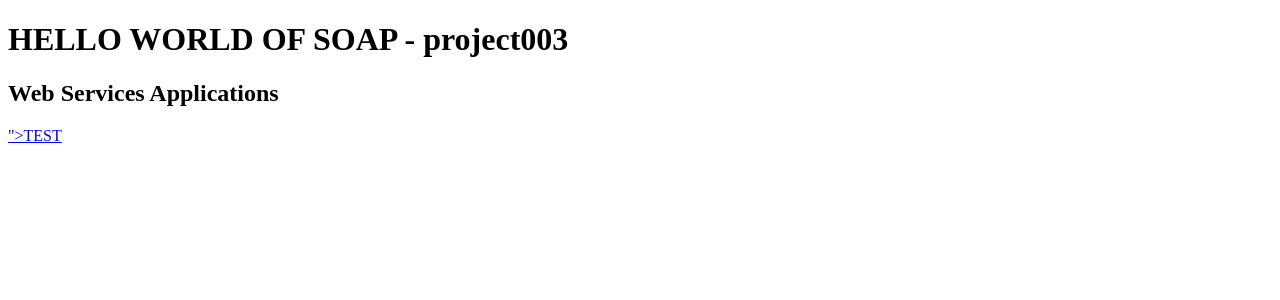
Repository: atafs/BackEnd_JAX-JAX-WS_SOAP
Page: http://localhost/Project_003_SOAP_server_ServiceAndContractFirst/
The author's editor kept a copy of each file at every save. The page is drawn from the files as they stood at one save, then again after the next save.
The browser window is 1280 px wide. The pictures show the whole page.
The page is served by Tomcat 9. Other server files are loaded and not shown.

Above is the page before, as saved 2016-01-26 10:48:56.

### Project_003_SOAP_server_ServiceAndContractFirst/WebContent/index.jsp
<%@ page language="java" contentType="text/html; charset=ISO-8859-1"
    pageEncoding="ISO-8859-1"%>
<!DOCTYPE html PUBLIC "-//W3C//DTD HTML 4.01 Transitional//EN" "http://www.w3.org/TR/html4/loose.dtd">
<html>
<head>
<meta http-equiv="Content-Type" content="text/html; charset=ISO-8859-1">
<title>TEST_MART SERVICE</title>
</head>
<body>
	<h1>HELLO WORLD OF SOAP - project003</h1>
	<h2>Web Services Applications</h2>

	<a href="<c:url value="/jsp/index.htm"/>">TEST</a>

</body>
</html>

After the next save:
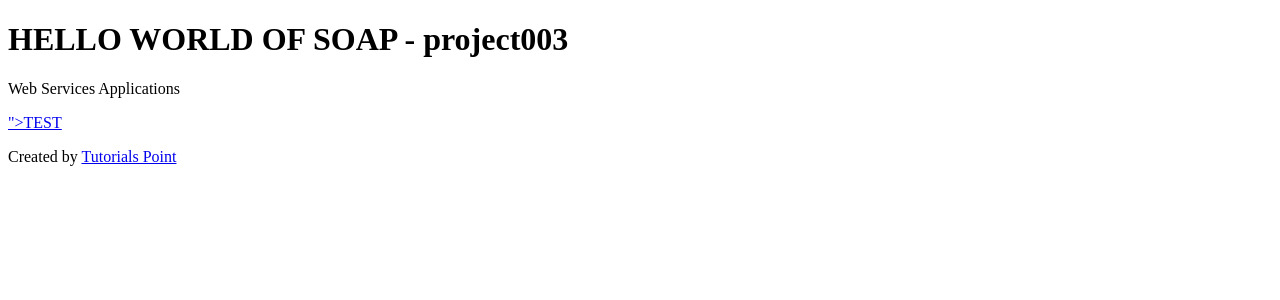
Saved 3 min 31 s later.
--- a/Project_003_SOAP_server_ServiceAndContractFirst/WebContent/index.jsp
+++ b/Project_003_SOAP_server_ServiceAndContractFirst/WebContent/index.jsp
@@ -2,15 +2,24 @@
     pageEncoding="ISO-8859-1"%>
 <!DOCTYPE html PUBLIC "-//W3C//DTD HTML 4.01 Transitional//EN" "http://www.w3.org/TR/html4/loose.dtd">
 <html>
-<head>
+
+<!-- HEADER -->
+<head role="banner">
 <meta http-equiv="Content-Type" content="text/html; charset=ISO-8859-1">
 <title>TEST_MART SERVICE</title>
 </head>
+
+<!-- BODY -->
 <body>
 	<h1>HELLO WORLD OF SOAP - project003</h1>
-	<h2>Web Services Applications</h2>
+	<p>Web Services Applications</p>
 
 	<a href="<c:url value="/jsp/index.htm"/>">TEST</a>
 
 </body>
+
+<!-- FOOTER -->
+<footer>
+   <p>Created by <a href="http://tutorialspoint.com/">Tutorials Point</a></p>
+</footer>
 </html>
